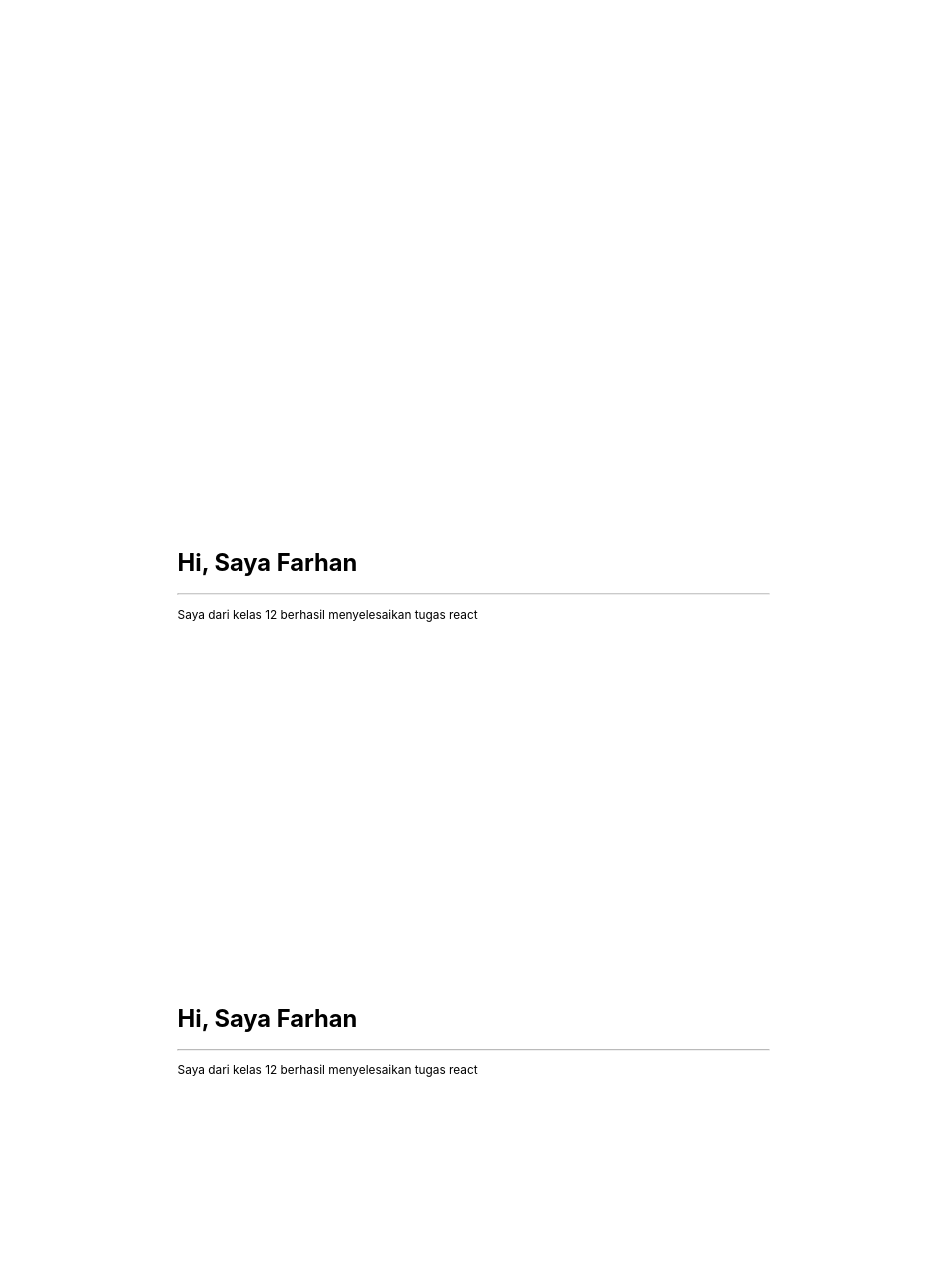
Repository: mfarhannr/Tugas-Reactjs_Farhan
Page: /
These files come from the project's save history. The page is drawn as it stood at one moment and after a run of saves; the edit follows.
The browser window is 1280 px wide. The pictures show the whole page, at 74% of full size.
The project was rebuilt for these pictures with package versions that can differ from the ones it lists, and the page was loaded fresh each time.

Above is the page before, as saved 2024-05-03 15:24:36.

### src/App.js
import './App.css';
import Tugas6 from "./tugas6/tugas6";
// import Welcome from "./WelcomeComponent";
import Tugas7 from './tugas7/tugas7';

function App() {
  return (
    <div className="App">
      <div className="App"></div>
      <Tugas6 />
      <div className="App"></div>
      <Tugas7 />
    </div>
  );
}

export default App;

### src/App.css
.App {
  padding: 15rem;
}

.Card6 {
  border: 1px solid #ccc;
  border-radius: 10px;
  padding: 2em;
  margin: 5em auto;
  width: 50%;
}

.Card7 {
  border: 1px solid #ccc;
  border-radius: 10px;
  padding: 2em;
  margin: 5em auto;
  width: 50%;
}

.App-logo {
  height: 40vmin;
  pointer-events: none;
}

@media (prefers-reduced-motion: no-preference) {
  .App-logo {
    animation: App-logo-spin infinite 20s linear;
  }
}

.App-header {
  background-color: #282c34;
  min-height: 100vh;
  display: flex;
  flex-direction: column;
  align-items: center;
  justify-content: center;
  font-size: calc(10px + 2vmin);
  color: white;
}

.App-link {
  color: #61dafb;
}

@keyframes App-logo-spin {
  from {
    transform: rotate(0deg);
  }
  to {
    transform: rotate(360deg);
  }
}

### src/tugas6/tugas6.js
import React from "react";

function Tugas6() {
    return (
      <div className="Card1">
        <h1>Hi, Saya Farhan</h1>
        <hr></hr>
        <p>Saya dari kelas 12 berhasil menyelesaikan tugas react</p>
      </div>
    );
}

export default Tugas6;

### src/tugas7/tugas7.js
import React from "react";

function Tugas7() {
  return (
    <div className="Card1">
      <h1>Hi, Saya Farhan</h1>
      <hr></hr>
      <p>Saya dari kelas 12 berhasil menyelesaikan tugas react</p>
    </div>
  );
}

export default Tugas7;

Loaded but not shown: public/index.html (common file); src/index.js (common file); src/index.css (common file); src/reportWebVitals.js (common file)

After the next 2 saves:
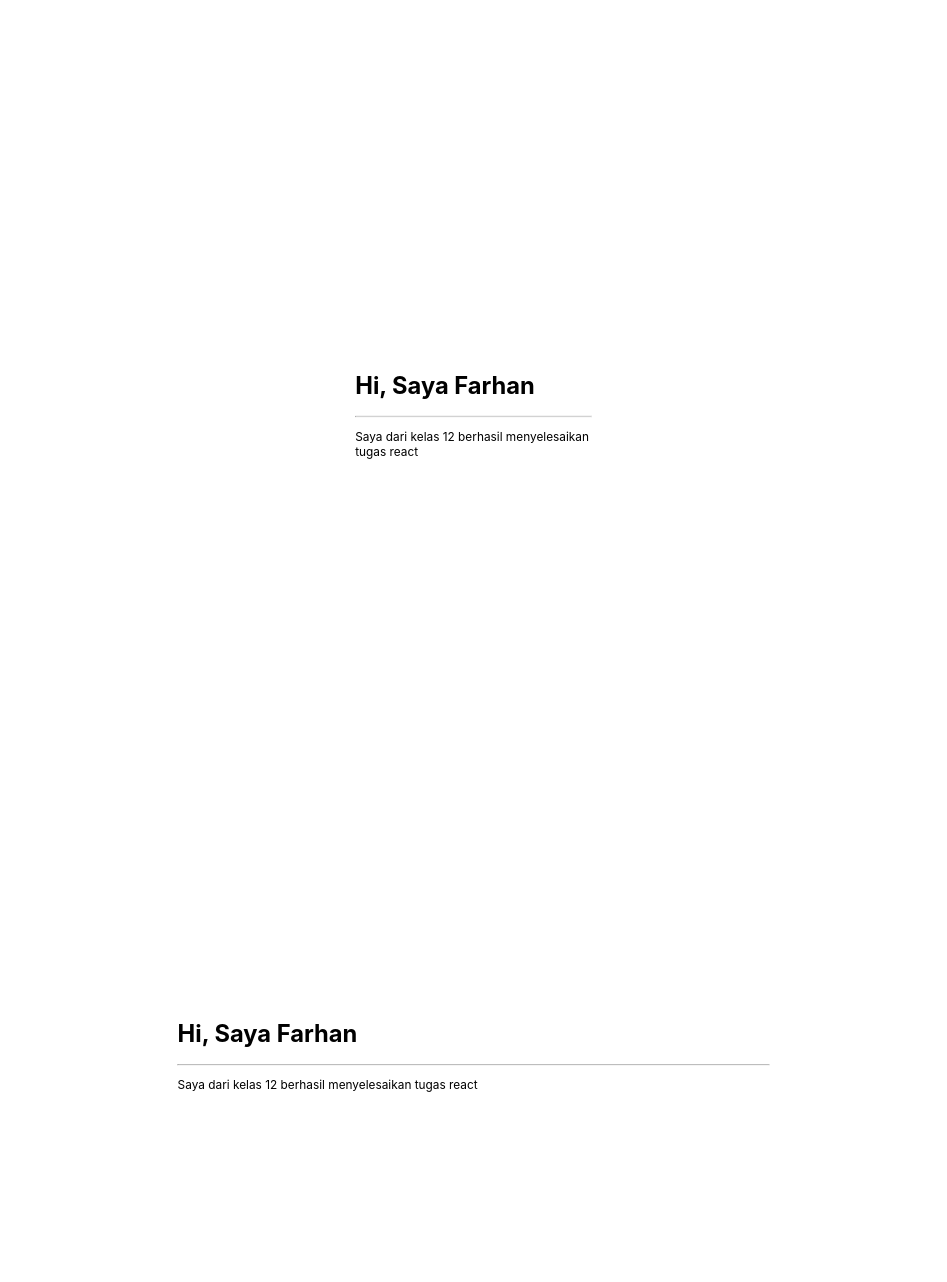
The 2 saves are shown as one change because they came seconds apart.
The last was saved 7 s later.
--- a/src/App.js
+++ b/src/App.js
@@ -6,8 +6,9 @@ import Tugas7 from './tugas7/tugas7';
 function App() {
   return (
     <div className="App">
-      <div className="App"></div>
-      <Tugas6 />
+      <div className="App">
+        <Tugas6 />
+      </div>
       <div className="App"></div>
       <Tugas7 />
     </div>
